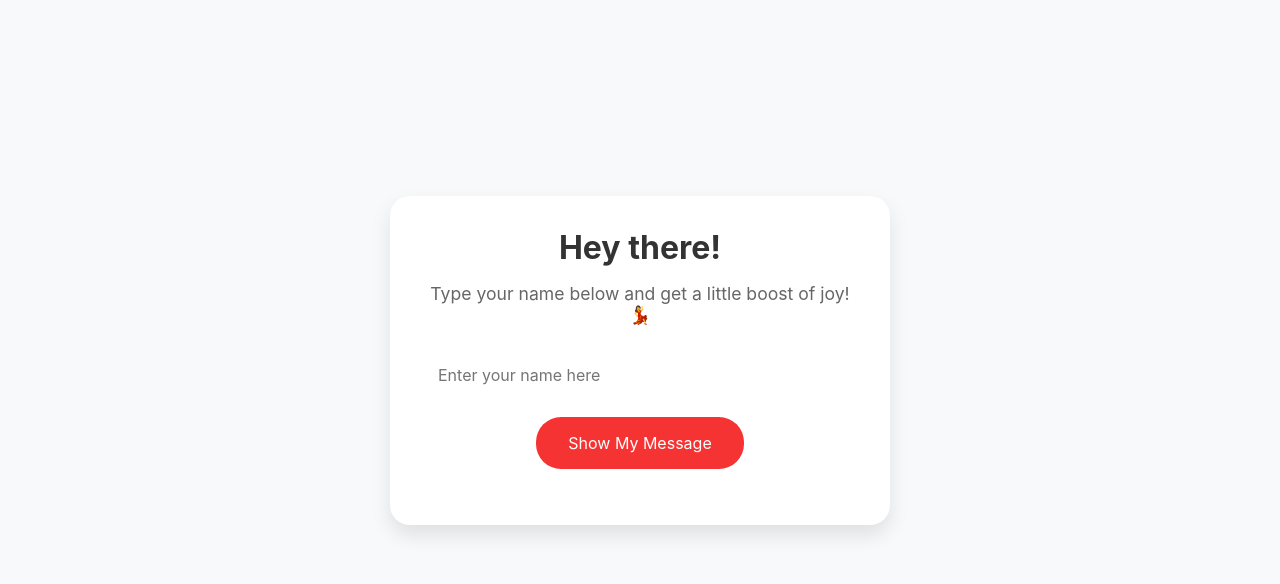
Repository: joelojieabu/biblicalWordsOfEncouragement
Page: index.html
The author's editor kept a copy of each file at every save. The page is drawn from the files as they stood at one save, then again after the next save.
The browser window is 1280 px wide. The pictures show the whole page.

Above is the page before, as saved 2024-12-26 12:53:53.

After the next save:
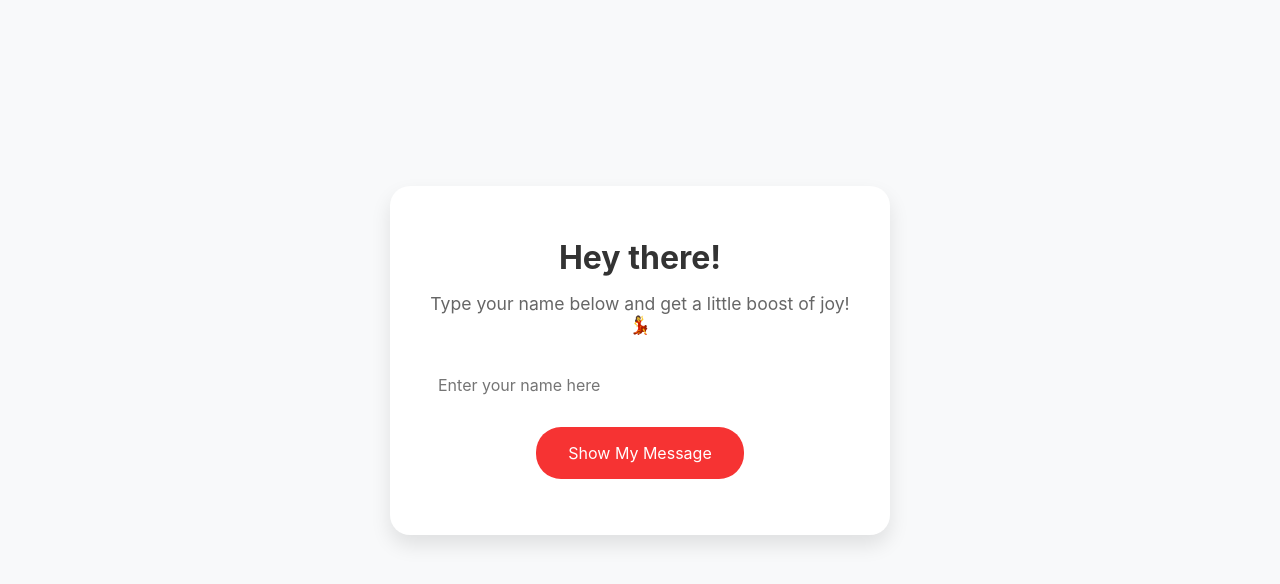
Saved 45 h 14 min later.
--- a/index.html
+++ b/index.html
@@ -104,6 +104,7 @@
   </head>
   <body>
     <div class="card">
+      <img>
       <h1>Hey there!</h1>
       <p class="subtitle">
         Type your name below and get a little boost of joy! 💃
